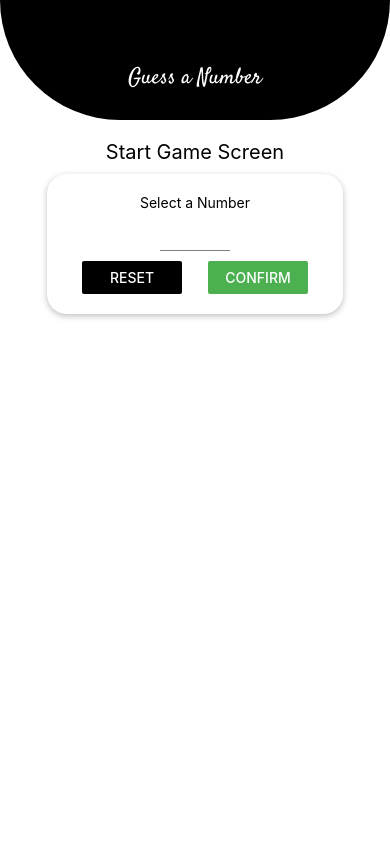
Repository: oguzhan18m/react-native-guess-number-game
Screen: /
An editor plug-in stored every save of this project. The screen is shown before and after the next save, followed by the edit.
The app was drawn by React Native's web renderer in a window 390 px wide. The project was rebuilt for these pictures with package versions that can differ from the ones it lists, and the page was loaded fresh each time. Some packages were replaced by stand-ins written for this rebuild. Also part of the build but not shown: screens/GameScreen.js, screens/GameOver.js.

Above is the screen before, as saved 2021-03-04 23:14:11.

### App.js
import React, { useState } from 'react';
import { StyleSheet, Text, View } from 'react-native';
import Header from './components/Header';
import StartGameScreen from './screens/StartGameScreen';
import GameScreen from './screens/GameScreen';
import GameOver from './screens/GameOver';
import * as Font from 'expo-font';
import { useFonts } from 'expo-font';
import AppLoading from 'expo-app-loading';

const fetchFonts = () => {
  return Font.loadAsync({
    'Satisfy' : require('./assets/fonts/Satisfy-Regular.ttf'),
  })
}

export default function App() {
  const [userNumber, setUserNumber] = useState();
  const [guessRounds, setGuessRounds] = useState(0);
  const [dataLoaded , setDataLoaded] = useState(false);


  if(!dataLoaded){
    return (
      <AppLoading startAsync={fetchFonts}  onFinish={() => setDataLoaded(true)}  onError={(err)=>console.log(err)} />
    )
  }


  const configureNewGameHandler = () =>{
    setGuessRounds(0);
    setUserNumber(null);
  }

  const startGameHandler = (selectedNum) =>{
    setUserNumber(selectedNum);
  }

    const gameOverHandler = (numOfRounds) =>{
      setGuessRounds(numOfRounds);
  }

  let content = <StartGameScreen onStartGame={startGameHandler} />;

  console.log(userNumber);

  if(userNumber && guessRounds <=0 ){
    content=<GameScreen userChoice={userNumber} onGameOver={gameOverHandler} />
  }else if(guessRounds >0){
    content= <GameOver roundsNumber={guessRounds} userNumber={userNumber} configureNewGameHandler={configureNewGameHandler} />;
  }
  return (
    <View style={styles.screen}>
      <Header title='Guess a Number' />
      {content}
    </View>
  );
}

const styles = StyleSheet.create({
  screen:{
    flex:1,

  }
});

### components/Header.js
import React from 'react';
import { StyleSheet, Text, View } from 'react-native';
import Colors from '../constants/Colors';

const Header = (props) => {
    return (
        <View style={styles.header}>
            <Text style={styles.headerTitle}>{props.title}</Text>

        </View>
    )
}

const styles = StyleSheet.create({
    header:{
        width:'100%',
        height:120,
        paddingTop:36,
        backgroundColor:'black',
        alignItems:'center',
        justifyContent:'center',
        borderBottomLeftRadius:120,
        borderBottomRightRadius:120,
    },
    headerTitle:{
        color:'white',
        fontSize:22,
        fontFamily:'Satisfy',

    }
});

export default Header;

### screens/StartGameScreen.js
import React, { useState } from 'react';
import { Button, StyleSheet, Text, View, TouchableWithoutFeedback, Keyboard, Alert } from 'react-native';
import Card from '../components/Card';
import Input from '../components/Input';
import Colors from '../constants/Colors';

const StartGameScreen = (props) => {
    const [ enteredValue, setEnteredValue] = useState('');
    const [ confirmed, setConfirmed] = useState(false);
    const [ selectedNumber, setSelectedNumber] = useState();



    const numberInputHandler = (inputText) =>{
        setEnteredValue(inputText);
    }

    const resetInputHandler = () =>{
        setEnteredValue('');
        setConfirmed(false);
    }

    const confirmInputHandler = () =>{
        const chosenNumber = parseInt(enteredValue);
        if(chosenNumber === NaN || chosenNumber <= 0 || chosenNumber > 99 ){
            Alert.alert('Invalid Number!' , 'Number has to be between 1 and 99.' ,[{text:'Okay', style:'destructive', onPress:resetInputHandler}]);
            return ;
        }
        setConfirmed(true);
        setSelectedNumber(chosenNumber);
        setEnteredValue('');
        Keyboard.dismiss()
    }

    let confirmedOutput;
    if(confirmed){
        confirmedOutput = (
            <Card style={styles.summaryContainer}>
                <Text>You selected</Text>
                <View style={styles.numberContainer}>
                    <Text style={styles.theNumber}>{selectedNumber}</Text>
                </View>
                <Button title='START GAME' onPress={()=> props.onStartGame(selectedNumber)} />
            </Card>
        )
    }
    return (
        <TouchableWithoutFeedback onPress={()=>Keyboard.dismiss()}>
        <View style={styles.screen}>
            <Text style={styles.title}>Start Game Screen</Text>
            <Card style={styles.inputContainer}>
                <Text>Select a Number</Text>
                <Input  style={styles.input}
                blurOnSubmit
                autoCapitalize='none'
                autoCorrect={false}
                keyboardType='number-pad'
                maxLength={2}
                onChangeText={numberInputHandler}
                value={enteredValue}
                />
                <View style={styles.buttonContainer}>
                    <View style={styles.button}>
                    <Button title='Reset' onPress={resetInputHandler} color={Colors.accent} />
                    </View>
                    <View style={styles.button}>
                    <Button title='Confirm' onPress={confirmInputHandler} color={Colors.primary} />
                    </View>
                </View>
            </Card>
            {confirmedOutput}
        </View>
        </TouchableWithoutFeedback>
    )
}

const styles = StyleSheet.create({
    screen : {
        flex:1,
        padding:10,
        alignItems:'center',

    },
    title:{
        fontSize:20,
        marginVertical:10,

    },
    buttonContainer:{
        flexDirection:'row',
        alignItems:'center',
        justifyContent:'space-between',
        width:'100%',
        paddingHorizontal:15,
    },
    inputContainer:{
        width:300,
        maxWidth:'80%',
        alignItems:'center',
    },
    button: {
        width:100,
    },
    input:{
        width:70,
        textAlign:'center',
    },
    summaryContainer:{
        marginTop:20,
        alignItems:'center',

    },
    numberContainer:{
        borderWidth:5,
        borderColor: Colors.accent,
        padding:10,
        borderRadius:10,
        marginVertical:10,
        alignItems:'center',
        justifyContent:'center',
    },
    theNumber:{
        color:Colors.accent,
        fontSize:22,
    }

});

export default StartGameScreen;

### constants/Colors.js
export default {
    primary:'#4CAF50',
    accent:'black',
}

### components/Card.js
import React from 'react';
import { Button, StyleSheet, Text, TextInput, View } from 'react-native';

const Card = (props) => {
    return (
        <View style={{...styles.card, ...props.style}}>
            {props.children}
        </View>
    )
}



const styles = StyleSheet.create({
    card:{
        shadowColor:'black',
        shadowOffset:{width:0, height:2},
        shadowRadius:6,
        shadowOpacity:0.26,
        backgroundColor:'white',
        elevation:5,
        padding:20,
        borderRadius:20,
    }
});
export default Card;

### components/Input.js
import React from 'react';
import { Button, StyleSheet, Text, TextInput, View } from 'react-native';

const Input = (props) => {
    return (
            <TextInput {...props} style={{...styles.input , ...props.style }} />
    )
};


const styles = StyleSheet.create({
    input:{
        height:30,
        borderBottomColor:'grey',
        borderBottomWidth:1,
        marginVertical:10,
    }
});

export default Input;

After the next save:
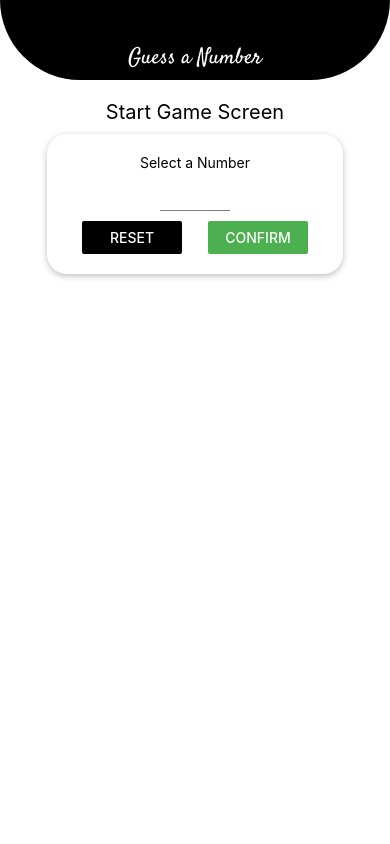
Saved 11 s later.
--- a/components/Header.js
+++ b/components/Header.js
@@ -14,7 +14,7 @@ const Header = (props) => {
 const styles = StyleSheet.create({
     header:{
         width:'100%',
-        height:120,
+        height:80,
         paddingTop:36,
         backgroundColor:'black',
         alignItems:'center',
